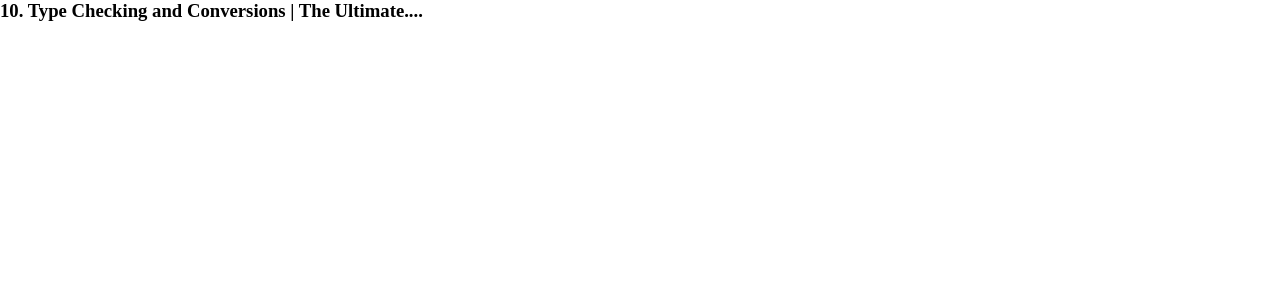
Repository: arifshahriyarnader/css-flexbox
Page: Exercise 3/index.html
An editor plug-in stored every save of this project. The page is shown before and after the next save, followed by the edit.
The browser window is 1280 px wide. The pictures show the whole page.

Above is the page before, as saved 2024-06-20 16:54:02.

### Exercise 3/index.html
<!DOCTYPE html>
<html lang="en">
    <head>
        <title></title>
        <meta charset="UTF-8">
        <meta name="viewport" content="width=device-width, initial-scale=1">
        <link href="css/style.css" rel="stylesheet">
    </head>
    <body>
    <section class="youtube_sec">
        <div class="youtube_content">
            <div class="left_content">

            </div>
            <div class="right_content">
                <h3>10. Type Checking and Conversions | The Ultimate....</h3>
            </div>
        </div>
    </section>
    </body>
</html>

Loaded but not shown: Exercise 3/css/style.css (common file)

After the next save:
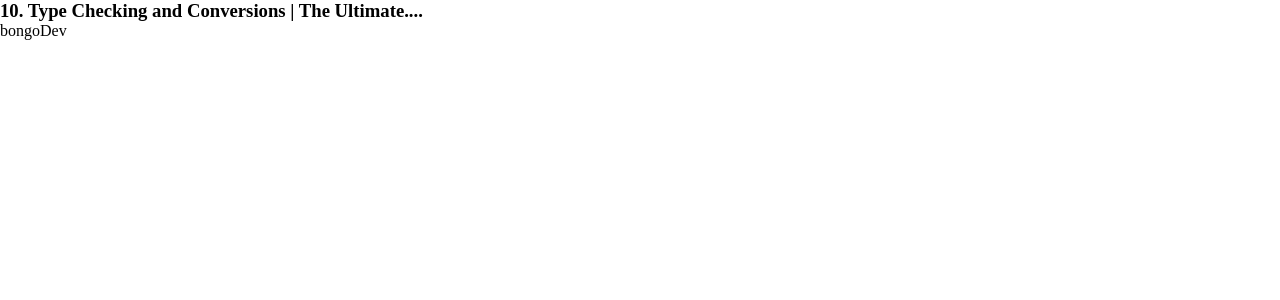
Saved 11 s later.
--- a/Exercise 3/index.html
+++ b/Exercise 3/index.html
@@ -14,6 +14,7 @@
             </div>
             <div class="right_content">
                 <h3>10. Type Checking and Conversions | The Ultimate....</h3>
+                <p>bongoDev</p>
             </div>
         </div>
     </section>
